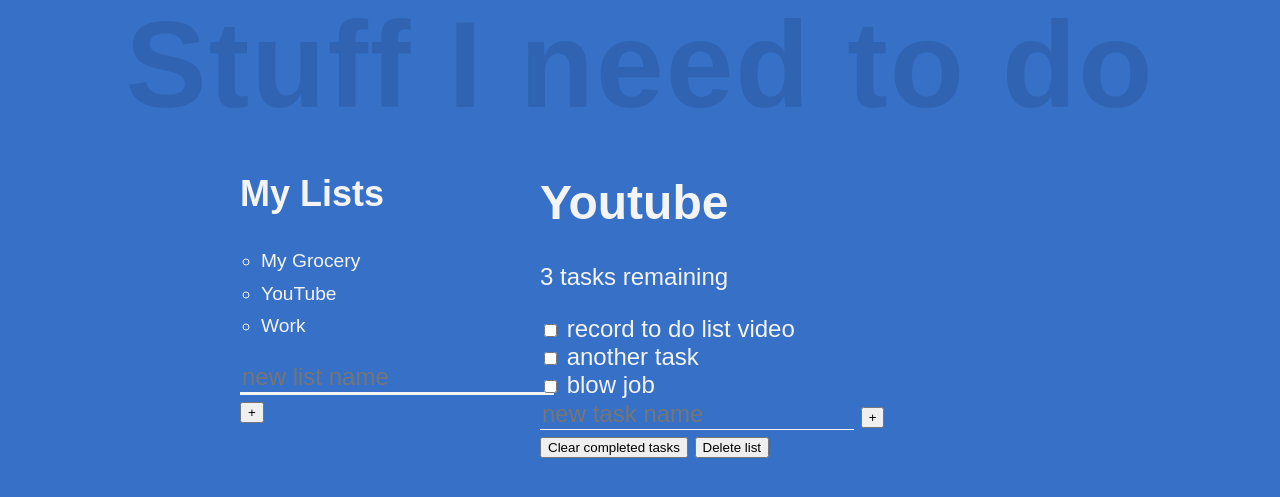
Repository: MohammadMazloum123/To-Do-List-App-
Page: index.html
An editor plug-in stored every save of this project. The page is shown before and after the next save, followed by the edit.
The browser window is 1280 px wide. The pictures show the whole page.
The first visible `.new` has the focus.

Above is the page before, as saved 2024-02-15 12:42:45.

### index.html
<!DOCTYPE html>
<html lang="en">
<head>
    <meta charset="UTF-8">
    <meta name="viewport" content="width=device-width, initial-scale=1.0">
    <title>To-Do List</title>
    <link rel="stylesheet" href="styles.css">
</head>
<body>
    <h1 class="title">Stuff I need to do</h1>
    <div class="all-tasks">
        <h2 class="task-list-title">My Lists</h2>
        <ul class="task-list">
            <li class="active-list">My Grocery</li>
            <li>YouTube</li>
            <li>Work</li>
        </ul>
        <form>
            <input type="text" class="new list" placeholder="new list name" aria-label="new list name">
            <button class="btn list" aria-label="create new list">+</button>
        </form>
    </div>
    <div class="todo-list">
        <div class="todo-header">
            <h1 class="list-title">Youtube</h1>
            <p class="task-count">3 tasks remaining</p>
        </div>
        <div class="todo-body">
            <div class="tasks">
                <div class="task">
                    <input type="checkbox" id="task-1">
                    <label for="task-1">
                        <span class="custom-checkbox"></span>
                        record to do list video
                    </label>
                </div>
                <!--Task 1-->
                <div class="task">
                    <input type="checkbox" id="task-2">
                    <label for="task-2">
                        <span class="custom-checkbox"></span>
                        another task
                    </label>
                </div>
                <!--Task 2-->
                <div class="task">
                    <input type="checkbox" id="task-3">
                    <label for="task-3">
                        <span class="custom-checkbox"></span>
                        blow job
                    </label>
                </div>
                <!--Task 3-->
            </div>
            <div class="new-task-creator">
                <form>
                    <input type="text" class="new list" placeholder="new task name" aria-label="new task name">
                    <button class="btn task" aria-label="create new task">+</button>
                </form>
            </div>
            <div class="delete-stuff">
                <button class="btn delete">Clear completed tasks</button>
                <button class="btn delete">Delete list</button>
            </div>
        </div>
    </div>

</body>
</html>

### styles.css
:root{
    --clr-primary: rgb(54, 112, 199);
    --clr-light: #f4f4f4;
    --clr-dark:#333;
    --clr-warning: rgb(99, 36, 36);
}
*,
*::before,
*::after{
    font-family: inherit;
    box-sizing: border-box;
}

body{
    margin: 0;
    font-family: "Work Sans", sans-serif;
    font-weight: 300;
    font-size: 1.5rem;
    background-color: var(--clr-primary);
    color: var(--clr-light);
    display: grid;
    grid:
        "header header header header" auto
        "...... lists active ......" auto /
        1fr minmax(100px, 300px) minmax(250px, 500px) 1fr;
}
.title{
    grid-area: header;
    text-align: center;
    font-weight: 800;
    font-size: calc(7vw + 2rem);
    color: rgba(0, 0, 0, .1);
    margin: -.3rem 0 0.5rem;
    letter-spacing: 2px;
}
.new{
    background: transparent;
    border: 0;
    color: inherit;
    outline: none;
    font-size: inherit;
    border-bottom: 1px solid currentColor;
    transition: border-bottom 150ms ease-in;
}
.new:focus{
    border-bottom-width: 3px;
}
.new:focus:placeholder{
    opacity: .2;
}

.all-tasks{
    grid-area: lists;
}
.task-list{
    line-height: 1.7;
    list-style: circle;
    font-size: 1.2rem;
    padding-left: 1.1em;
}

.todo-list{
    grid-area: active;
}

After the next save:
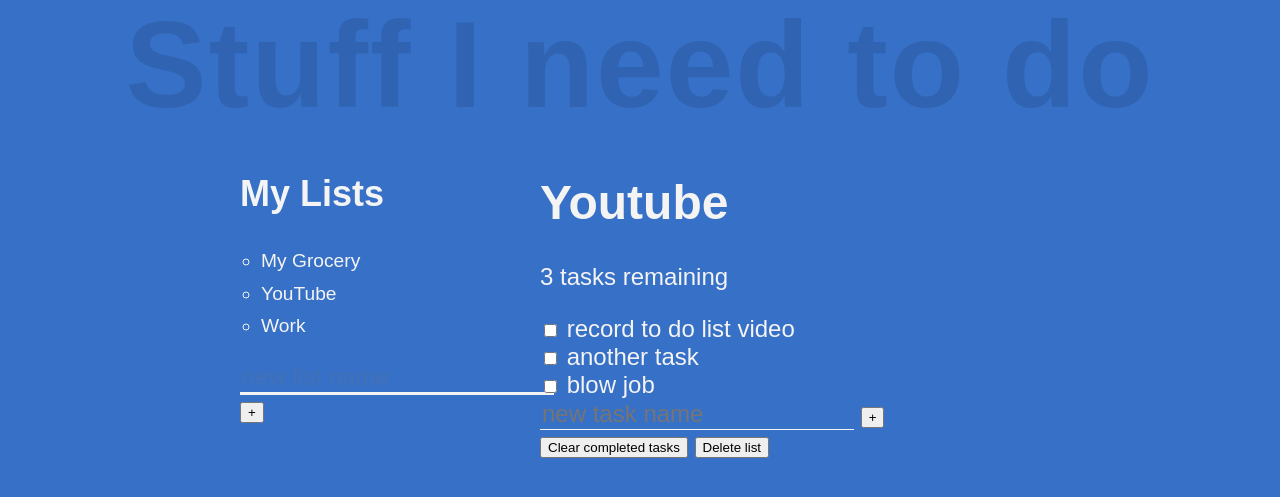
Saved 8 s later.
--- a/styles.css
+++ b/styles.css
@@ -45,7 +45,7 @@ body{
 .new:focus{
     border-bottom-width: 3px;
 }
-.new:focus:placeholder{
+.new:focus::placeholder{
     opacity: .2;
 }
 
